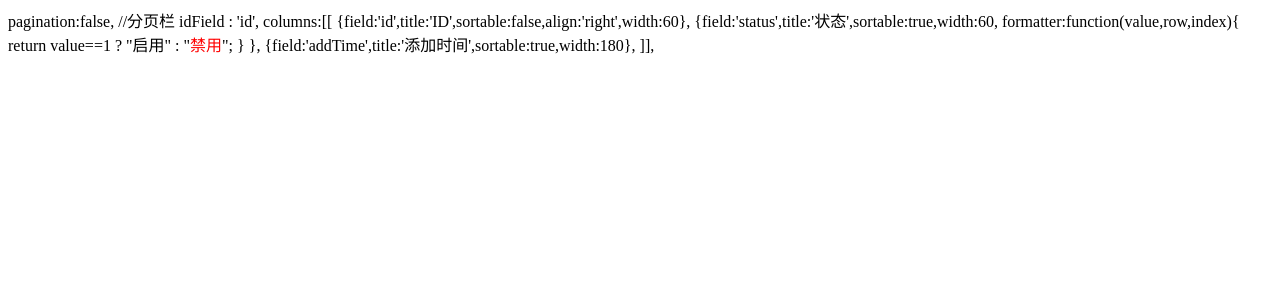
Repository: pridewu/hipi
Page: Education_dev_platform/branches/v1/Application/System/View/v1/Notice/index.html
The author's editor kept a copy of each file at every save. The page is drawn from the files as they stood at one save, then again after the next save.
The browser window is 1280 px wide. The pictures show the whole page.

Above is the page before, as saved 2014-12-03 09:34:50.

### Education_dev_platform/branches/v1/Application/System/View/v1/Notice/index.html
<extend name="./base_list" />
<block name="datagrid_img">
    <div id="datagrid_img" class="datagrid_img" style="display: none;">

    </div>
</block>
<block name="datagrid">
		pagination:false, //分页栏
		idField : 'id',
	    columns:[[
            {field:'id',title:'ID',sortable:false,align:'right',width:60},
         <!--    {field:'content',title:'公告名称',sortable:false,width:100}, -->
<!--             {field:'name',title:'知识点名称',sortable:false,width:100},
            {field:'courseId',title:'所属课程',sortable:false,width:100},
            {field:'sectionIds',title:'课时ID列表',sortable:false,width:100},
            {field:'imgUrl',title:'图片路径',sortable:false,width:120},
            {field:'description',title:'知识点描述',sortable:false,width:200},
            {field:'sort',title:'排序',sortable:true,width:80}, -->
            {field:'status',title:'状态',sortable:true,width:60,
            	formatter:function(value,row,index){
            		return value==1 ? "启用" : "<font color=red>禁用</font>";
            	}
            },
            {field:'addTime',title:'添加时间',sortable:true,width:180},
        ]],
</block>

After the next save:
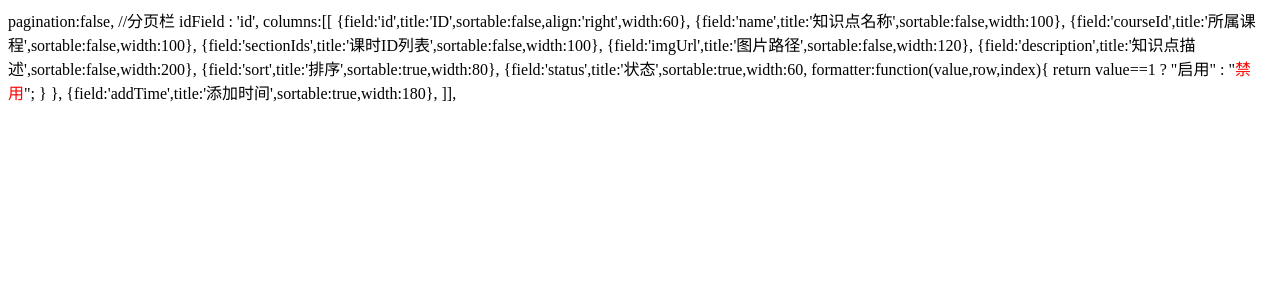
Saved 5 s later.
--- a/Education_dev_platform/branches/v1/Application/System/View/v1/Notice/index.html
+++ b/Education_dev_platform/branches/v1/Application/System/View/v1/Notice/index.html
@@ -10,12 +10,12 @@
 	    columns:[[
             {field:'id',title:'ID',sortable:false,align:'right',width:60},
          <!--    {field:'content',title:'公告名称',sortable:false,width:100}, -->
-<!--             {field:'name',title:'知识点名称',sortable:false,width:100},
+            {field:'name',title:'知识点名称',sortable:false,width:100},
             {field:'courseId',title:'所属课程',sortable:false,width:100},
             {field:'sectionIds',title:'课时ID列表',sortable:false,width:100},
             {field:'imgUrl',title:'图片路径',sortable:false,width:120},
             {field:'description',title:'知识点描述',sortable:false,width:200},
-            {field:'sort',title:'排序',sortable:true,width:80}, -->
+            {field:'sort',title:'排序',sortable:true,width:80},
             {field:'status',title:'状态',sortable:true,width:60,
             	formatter:function(value,row,index){
             		return value==1 ? "启用" : "<font color=red>禁用</font>";
